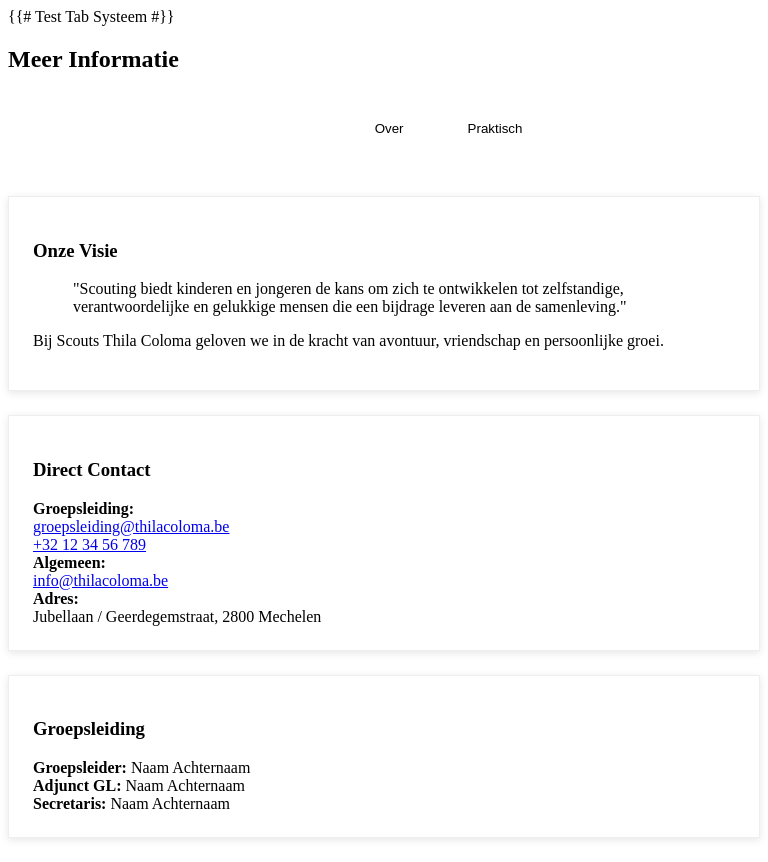
Repository: SimonCodesf/thilacoloma
Page: resources/views/meer.antlers.html
The author's editor kept a copy of each file at every save. The page is drawn from the files as they stood at one save, then again after the next save.
The browser window is 768 px wide. The pictures show the whole page.

Above is the page before, as saved 2025-08-21 13:34:07.

After the next save:
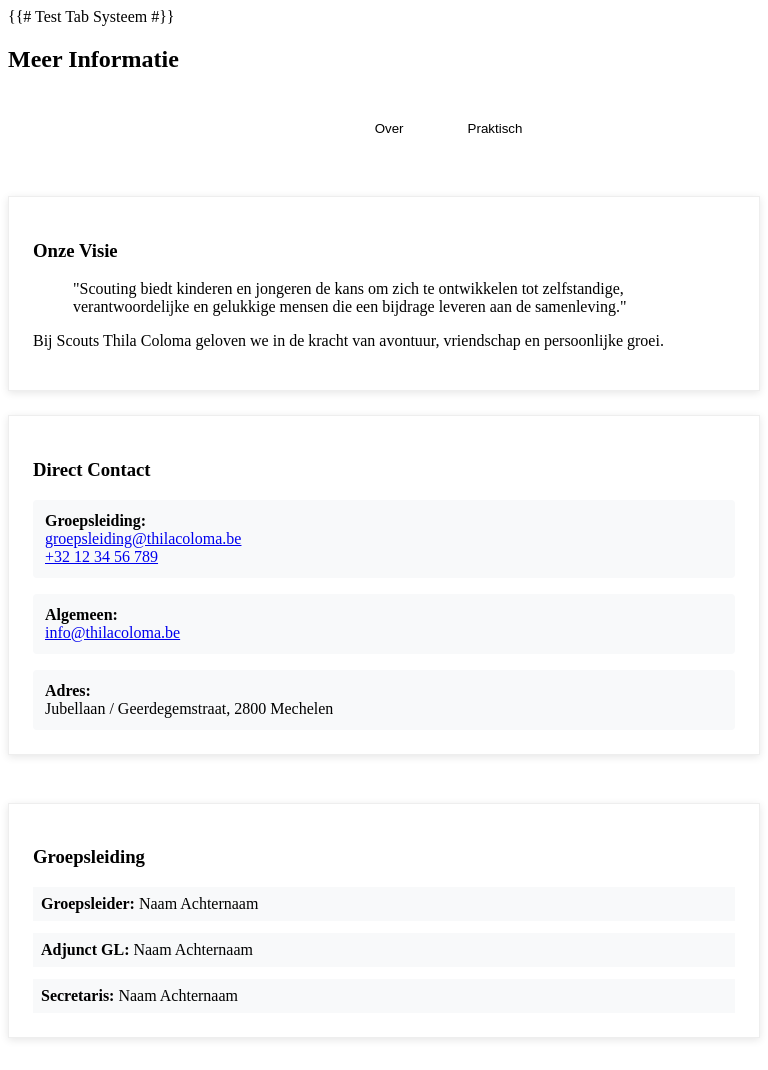
Saved 12 s later.
--- a/resources/views/meer.antlers.html
+++ b/resources/views/meer.antlers.html
@@ -188,4 +188,43 @@
 .card-content {
     padding: 1.5rem;
 }
+
+/* Grid Layout */
+.grid-2 {
+    display: grid;
+    grid-template-columns: 1fr 1fr;
+    gap: 1.5rem;
+}
+
+/* Contact & Leiding Info */
+.contact-info {
+    display: flex;
+    flex-direction: column;
+    gap: 1rem;
+}
+
+.contact-item {
+    padding: 0.75rem;
+    background: #f8f9fa;
+    border-radius: 4px;
+}
+
+.leiding-info {
+    display: flex;
+    flex-direction: column;
+    gap: 0.75rem;
+}
+
+.leiding-item {
+    padding: 0.5rem;
+    border-left: 3px solid var(--primary-color);
+    background: #f8f9fa;
+}
+
+/* Responsive */
+@media (max-width: 768px) {
+    .grid-2 {
+        grid-template-columns: 1fr;
+    }
+}
 </style>
